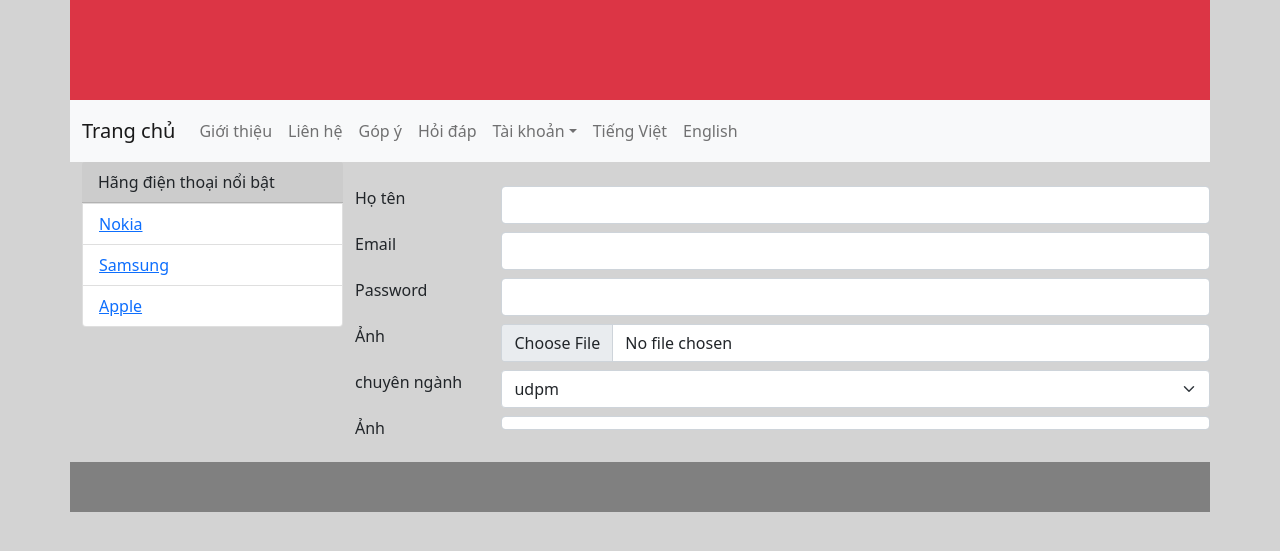
Repository: minhtu5502/fontendFamework
Page: day1 copy/index.html
The author's editor kept a copy of each file at every save. The page is drawn from the files as they stood at one save, then again after a run of saves.
The browser window is 1280 px wide. The pictures show the whole page.

Above is the page before, as saved 2022-01-08 16:05:33.

### day1 copy/index.html
<!DOCTYPE html>
<html lang="en">

<head>
    <meta charset="UTF-8">
    <meta http-equiv="X-UA-Compatible" content="IE=edge">
    <meta name="viewport" content="width=device-width, initial-scale=1.0">
    <title>IT16313</title>
    <!-- Style -->
    <link rel="stylesheet" href="css/bootstrap.min.css" />
    <link rel="stylesheet" href="css/css.css">
</head>

<body>
    <!-- Script -->
    <script src="js/jquery.min.js"></script>
    <script src="js/popper.min.js"></script>
    <script src="js/bootstrap.min.js"></script>

    <div class="container">
        <header class="row bg-danger"></header>

        <nav class="row navbar navbar-expand-lg navbar-light bg-light">
            <div class="container-fluid">
                <a class="navbar-brand" href="#">Trang chủ</a>
                <button class="navbar-toggler" type="button" data-bs-toggle="collapse"
                    data-bs-target="#navbarSupportedContent" aria-controls="navbarSupportedContent"
                    aria-expanded="false" aria-label="Toggle navigation">
                    <span class="navbar-toggler-icon"></span>
                </button>
                <div class="collapse navbar-collapse" id="navbarSupportedContent">
                    <ul class="navbar-nav me-auto mb-2 mb-lg-0">
                        <li class="nav-item">
                            <a class="nav-link " href="#">Giới thiệu</a>
                        </li>
                        <li class="nav-item">
                            <a class="nav-link" href="#">Liên hệ</a>
                        </li>
                        <li class="nav-item">
                            <a class="nav-link" href="#">Góp ý</a>
                        </li>
                        <li class="nav-item">
                            <a class="nav-link" href="#">Hỏi đáp</a>
                        </li>
                        <li class="nav-item dropdown">
                            <a class="nav-link dropdown-toggle" href="#" id="navbarDropdown" role="button"
                                data-bs-toggle="dropdown" aria-expanded="false">Tài khoản</a>
                            <ul class="dropdown-menu" aria-labelledby="navbarDropdown">
                                <li><a class="dropdown-item" href="#">Đăng nhập</a></li>
                                <li><a class="dropdown-item" href="#">Đăng ký</a></li>
                                <li><a class="dropdown-item" href="#">Quên mật khẩu</a></li>

                                <li>
                                    <hr class="dropdown-divider">
                                </li>
                                <li><a class="dropdown-item" href="#">Hồ sơ cá nhân></li>
                                <li><a class="dropdown-item" href="#">Đổi mật khẩu</a></li>
                                <li><a class="dropdown-item" href="#">Đăng xuẩ</a></li>

                                <li>
                                    <hr class="dropdown-divider">
                                </li>
                                <li><a class="dropdown-item" href="#">Đơn đặt hàng</a></li>
                            </ul>
                        </li>
                        <li class="nav-item">
                            <a class="nav-link" href="#">Tiếng Việt</a>
                        </li>
                        <li class="nav-item ">
                            <a class="nav-link  " href="#">English</a>
                        </li>
        </nav>

        <div class="row p-0">
            <aside class="col-3">
                <ul class="list-group">
                    <div class="card-header">Hãng điện thoại nổi bật</div>
                    <li class="list-group-item"><a
                            href="https://uqoojcos5nobj.vcdn.cloud/uploads/2021/11/nokia-black-300x300.jpg">Nokia</a>
                    </li>
                    <li class="list-group-item"><a
                            href="https://uqoojcos5nobj.vcdn.cloud/uploads/2021/11/nokia-black-300x300.jpg">Samsung</a>
                    </li>
                    <li class="list-group-item"><a
                            href="https://uqoojcos5nobj.vcdn.cloud/uploads/2021/11/nokia-black-300x300.jpg">Apple</a>
                    </li>
                </ul>
            </aside>
            <article class="col-12 col-md-9 p-0 pt-3">
                <div class="container p-0">
                    <form action="" class="">
                        <div class="mt-2 row">
                            <label for="" class="col-2">Họ tên</label>
                            <div class="col-10"><input type="text" name="full_name" class="form-control" /></div>

                        </div>
                        <div class="mt-2 row">
                            <label for="" class="col-2">Email</label>
                            <div class="col-10"><input type="email" name="email" class="form-control" /></div>

                        </div>
                        <div class="mt-2 row">
                            <label for="" class="col-2">Password</label>
                            <div class="col-10"><input type="password" name="password" class="form-control" /></div>

                        </div>
                        <div class="mt-2 row">
                            <label for="" class="col-2">Ảnh</label>
                            <div class="col-10"><input type="file" name="avatar" class="form-control" /></div>

                        </div>
                        <div class="mt-2 row">
                            <label for="" class="col-2">chuyên ngành</label>
                            <div class="col-10">
                                <select name="" id="" class="form-select">
                                    <option value="udpm">udpm</option>
                                    <option value="tktw">tktw</option>
                                    <option value="ltmt">ltmt</option>
                                </select>
                            </div>

                        </div>
                        <div class="mt-2 row">
                            <label for="" class="col-2">Ảnh</label>
                            <div class="col-10"><input type="radio" name="avatar" class="form-control" /></div>

                        </div>
                    </form>
                </div>
            </article>
        </div>
        <footer class="row"></footer>
    </div>
</body>

</html>

### day1 copy/css/css.css
body{
    padding:0px;
    margin:0 auto;
    background-color:lightgray;
}
header{
    height:100px;
    background-color:red;
}
nav{
    line-height:30px;
    background-color:yellow;
}
.container>div>*{
    min-height:300px;
    /* background-color:blue; */
}

footer{
    height:50px;
    background-color:gray;
}

Loaded but not shown: day1 copy/css/bootstrap.min.css (library); day1 copy/js/jquery.min.js (library); day1 copy/js/popper.min.js (library); day1 copy/js/bootstrap.min.js (library)

After the next 2 saves:
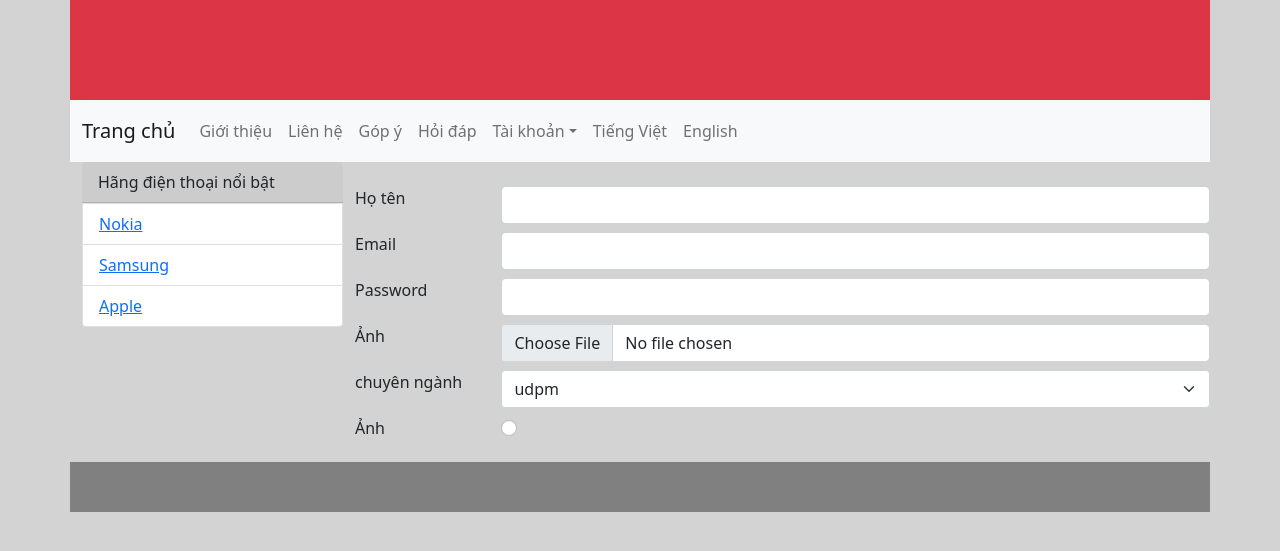
The 2 saves are shown as one change because they came seconds apart.
The last was saved 6 s later.
--- a/day1 copy/index.html
+++ b/day1 copy/index.html
@@ -122,7 +122,7 @@
                         </div>
                         <div class="mt-2 row">
                             <label for="" class="col-2">Ảnh</label>
-                            <div class="col-10"><input type="radio" name="avatar" class="form-control" /></div>
+                            <div class="col-10"><input type="radio" name="avatar" class="form-check-input" /></div>
 
                         </div>
                     </form>
